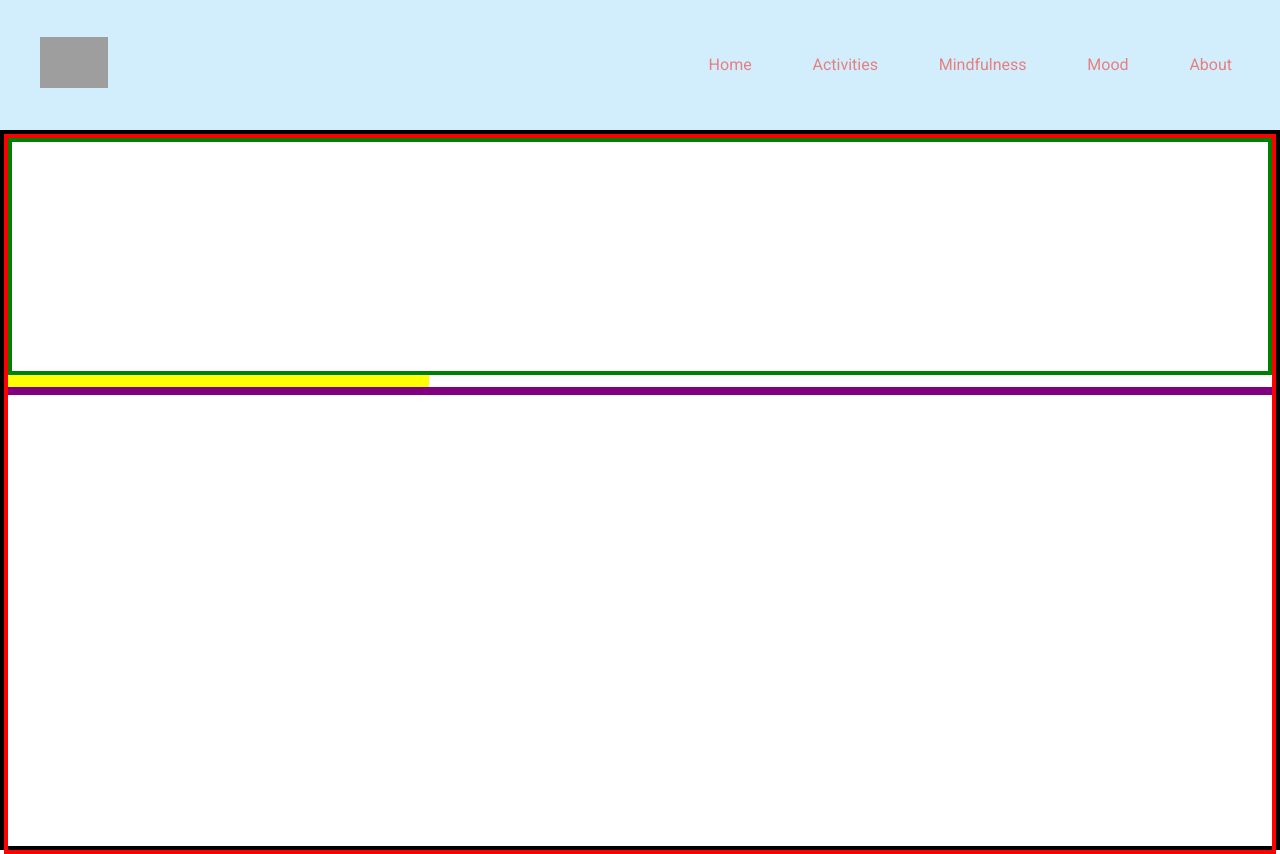
Repository: Nafisa-Huda/HealthierMind
Page: public/mindfulness.html
An editor plug-in stored every save of this project. The page is shown before and after the next save, followed by the edit.
The browser window is 1280 px wide. The pictures show the whole page.
Pictures or frames that could not be fetched are drawn as grey boxes. Some web fonts or font styles are not loaded; a fallback is used.

Above is the page before, as saved 2022-07-16 13:08:24.

### public/mindfulness.html
<!DOCTYPE html>
<html lang="en">
<head>
    <meta charset="UTF-8">
    <meta http-equiv="X-UA-Compatible" content="IE=edge">
    <meta name="viewport" content="width=device-width, initial-scale=1.0">
    <title>HealthyMind</title>
    <link rel="preconnect" href="https://fonts.googleapis.com">
    <link rel="preconnect" href="https://fonts.gstatic.com" crossorigin>
    <link href="https://fonts.googleapis.com/css2?family=Caveat+Brush&family=Fredoka+One&family=Roboto&family=Source+Sans+Pro:wght@300&display=swap" rel="stylesheet">
    <link rel="stylesheet" href="https://unpkg.com/swiper@8/swiper-bundle.min.css"/>
    <link rel="stylesheet" href="css/mindfulness.css">
</head>
<body>
    <header>
        <div class="container row">
            <a href="index.html"><img class="logo" src="https://i.ibb.co/xLGc6jC/Healthy-Mind-logo.png" alt="healthy-mind-logo"></a>
        <nav class="nav">
            <ul class="nav__list">
                <li class="nav__item"><a href="index.html" class="nav__link">Home</a></li>
                <li class="nav__item"><a href="activities.html" class="nav__link">Activities</a></li>
                <li class="nav__item"><a href="mindfulness.html" class="nav__link">Mindfulness</a></li>
                <li class="nav__item"><a href="tracker.html" class="nav__link">Mood</a></li>
                <li class="nav__item"><a href="about.html" class="nav__link">About</a></li>
            </ul>
        </nav>
        </div>
    </header>
<section>
    <div class="container__video">
        <div class="wrapper">
            <div class="screen">
            </div>
            <div class="sidebar">
            </div>
            <div class="controls">
            </div>
        </div>
    </div>
</section>
    <!-- Slider main container -->
<!-- <section class="swiper">
    <div class="swiper-wrapper">
      <div class="swiper-slide">Slide 1</div>
      <div class="swiper-slide">Slide 2</div>
      <div class="swiper-slide">Slide 3</div>
    </div>
    <div class="swiper-pagination"></div>
    <div class="swiper-button-prev"></div>
    <div class="swiper-button-next"></div>
</section> -->

<script src="https://unpkg.com/swiper@8/swiper-bundle.min.js"></script>
<script src="js/mindfulness.js"></script>
</body>
</html>

### public/css/mindfulness.css
*,
*::before,
*::after {
  box-sizing: border-box;
  margin: 0;
  padding: 0;
}

body {
  max-width: 100%;
  font-family: "Roboto", sans-serif;
  font-size: 1.3rem;
  overflow:hidden;
}
html {
  scroll-behavior: smooth;
  scroll-padding-top: (--scroll-padding, 100px);
}

/*scrollbar*/
::-webkit-scrollbar {
  width: 0.7em;
}
::-webkit-scrollbar-track {
  background: antiquewhite;
}
::-webkit-scrollbar-thumb {
  background: linear-gradient(10deg, #69488a, #f18d8d);
}

header{
  background-color: #d2edfc;
  height: 3%;
}
.container {
  width: 100vw;
  height: 18vh;
  margin: 0 auto;
}
.main {
  height: 100vh;
}

.hero {
  display: flex;
  background-color: #d2edfc;
}
.hero h1 {
  font-family: caveat brush;
  text-align: center;
  margin-top: 0%;
  font-size: 3em;
}

.hero p {
  padding: 0 0.5em;
  margin-top: 0;
  text-align: center;
}

  .hero__text{
    width: 50%;
    margin: 8rem 0 4rem 2rem;
    display: flex;
    flex-direction: column;
    align-items: center;
    justify-content: flex-start;
  }

.row {
  display: flex;
  justify-content: space-between;
  align-items: center;
  width: 100%;
}

.logo {
  width: 15%;
  height: 100%;
  margin-left: 2.5rem;
  margin-right: 1rem;
}

.nav {
    display: flex;
    justify-content: space-between;
    align-items: center;
    max-width: 100%;
}

.nav__list {
  margin: 0;
  list-style: none;
  display: flex;
  align-items: center;
  font-size: 2rem;
}

.nav__item {
  display: flex;
  flex-direction: row;
  padding: 0.8rem;
  padding-right: 3rem;
  /* padding-right: 9rem; */
}
.nav__link {
  text-decoration: none;
  font-size: initial;
  font-weight: 200;
  color: #e68080;
}

.nav__link--button {
  padding: 0.25em 1em;
}

.nav__link:hover {
  opacity: 0.75;
}

.swiper {
    width:60vw;
    height: 70vh;
    margin: 0 auto;
    margin-top: 2rem;
    background-color: rgb(244, 244, 141);
    border-radius: 2rem;
  }
.container__video{
  border: 0.3rem solid black;
  height: 100vh;
}
.wrapper{
  border: 0.3rem solid red;
  height: 100vh;
}
.screen{
  border: 0.3rem solid green;
  height: 33.33%;
}
.sidebar{
  border: 0.4rem solid yellow;
  width: 33.33%;
}
.controls{
  border: 0.3rem solid purple;
}

Loaded but not shown: public/mindfulness.js (common file)

After the next save:
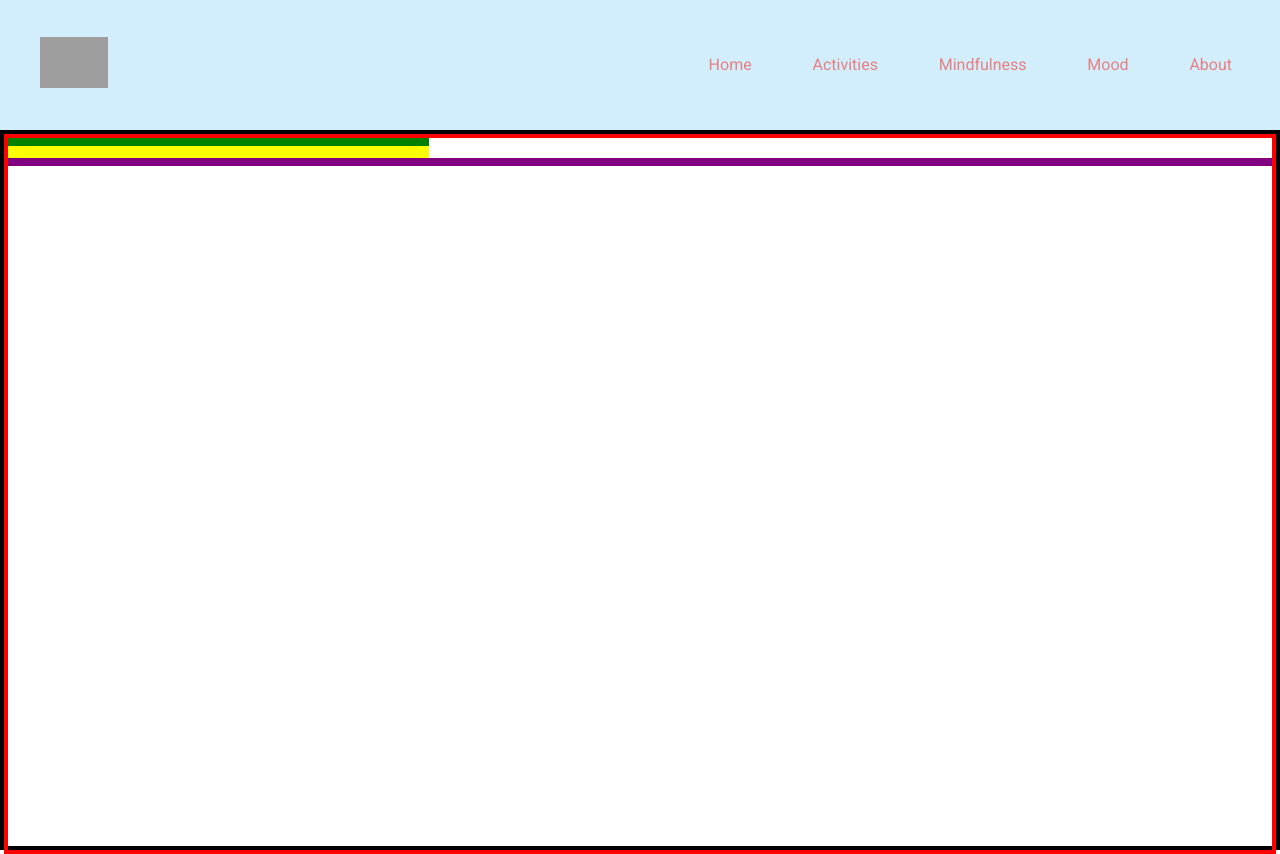
Saved 4 s later.
--- a/public/css/mindfulness.css
+++ b/public/css/mindfulness.css
@@ -136,7 +136,7 @@ header{
 }
 .screen{
   border: 0.3rem solid green;
-  height: 33.33%;
+  width: 33.33%;
 }
 .sidebar{
   border: 0.4rem solid yellow;
